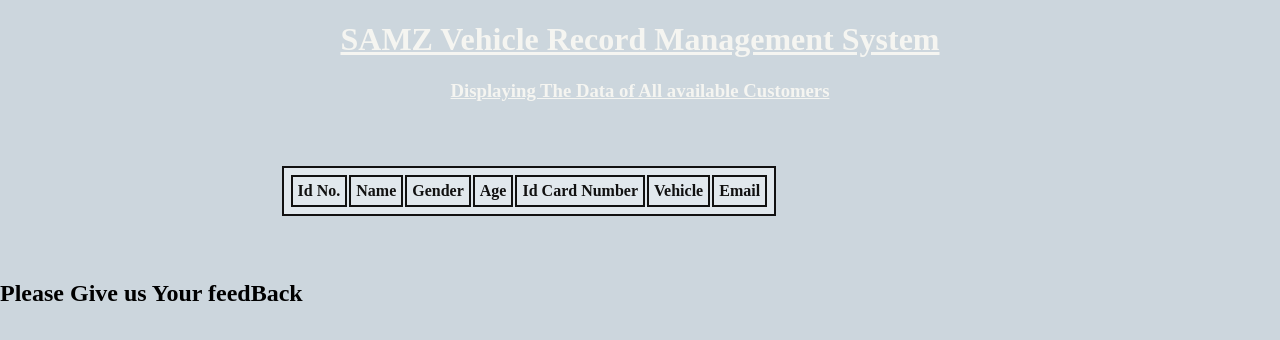
Repository: MUHAMMAD-SAQIB-2000/SpringBoot
Page: http://localhost/WebServiceRecordManagementSystem/CustomerList.jsp
These files come from the project's save history. The page is drawn as it stood at one moment and after the next save; the edit follows.
The browser window is 1280 px wide. The pictures show the whole page.
The page is served by Tomcat 9. Other server files are loaded and not shown. The template is opened directly, without the code that normally fills it, so the values that code supplies are empty.

Above is the page before, as saved 2020-08-11 19:02:37.

### WebServiceRecordManagementSystem/src/main/webapp/CustomerList.jsp
<%@ page language="java" contentType="text/html; charset=ISO-8859-1"
	pageEncoding="ISO-8859-1"%>
<%@ taglib prefix="form" uri="http://www.springframework.org/tags/form"%>
<%@ taglib uri="http://java.sun.com/jsp/jstl/core" prefix="c"%>
<!DOCTYPE html>
<html>
<head>
<meta charset="ISO-8859-1">
<title>Customers Record Form</title>
<style>
body{
margin:0px;
padding:0px;
background-color: #CCD6DD;
}
table, th, td {
	text-align:center;
	border: 2px solid #111;
	margin:10px;
	padding:5px;
}
.tableCSS{
	background-color:#E1E8ED;
	color:#111;
	margin:5% 22%;
}
.h{
	color:#F5F5F1;
	text-align:center;
	text-decoration: underline;
}
</style>
</head>
<body>
<main>
	<div>
	<h1 class="h">SAMZ Vehicle Record Management System</h1>
	<h3 class="h">Displaying The Data of All available Customers</h3>
	</div>
	<div>
		<table  class="tableCSS">
			<thead>
				<tr>
					<th>Id No.</th>
					<th>Name</th>
					<th>Gender</th>
					<th>Age</th>
					<th>Id Card Number</th>
					<th>Vehicle</th>
					<th>Email</th>
				</tr>
			</thead>
			<tbody>
				<c:forEach items="${list}" var="customer">
					<tr>
						<td>${customer.customerID}</td>
						<td>${customer.customerName}</td>
						<td>${customer.customerGender}</td>
						<td>${customer.customerAge}</td>
						<td>${customer.customerIdCardNumber}</td>
						<td>${customer.customerVehicle}</td>
						<td>${customer.customerEmail}</td>
					</tr>
				</c:forEach>
			</tbody>
		</table>
	</div>
	</main>
	<footer>
		<h2>Please Give us Your feedBack</h2>
	</footer>
</body>
</html>

After the next save:
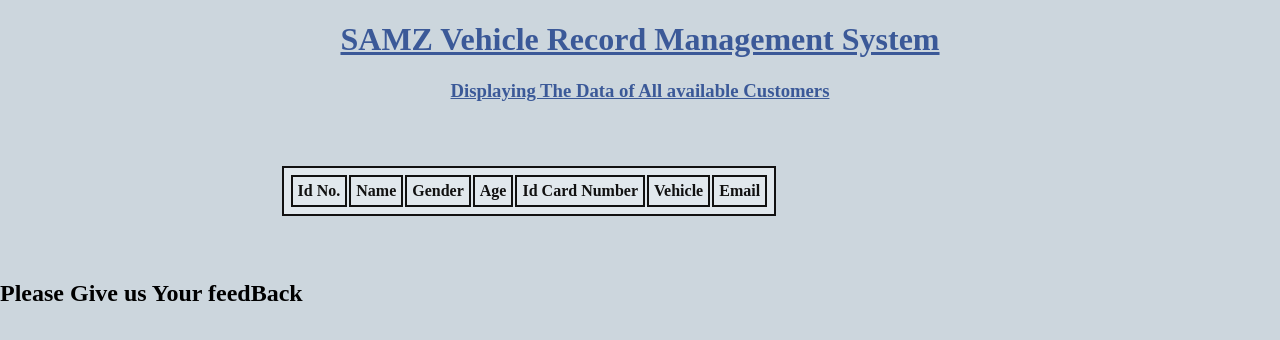
Saved 82 s later.
--- a/WebServiceRecordManagementSystem/src/main/webapp/CustomerList.jsp
+++ b/WebServiceRecordManagementSystem/src/main/webapp/CustomerList.jsp
@@ -25,7 +25,7 @@ table, th, td {
 	margin:5% 22%;
 }
 .h{
-	color:#F5F5F1;
+	color:#3B5998;
 	text-align:center;
 	text-decoration: underline;
 }
